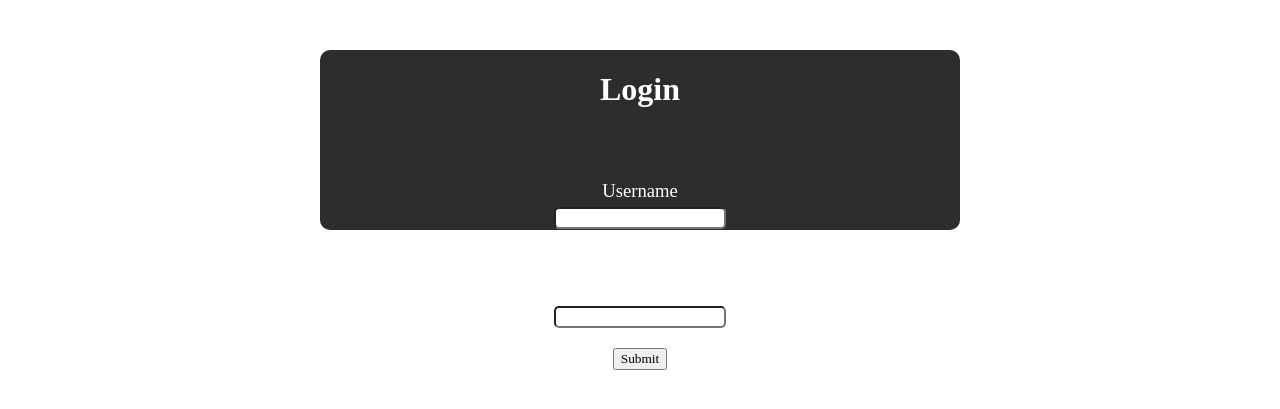
Repository: rdf004/playfab_blackjack
Page: /
An editor plug-in stored every save of this project. The page is shown before and after the next save, followed by the edit.
The browser window is 1280 px wide. The pictures show the whole page.
Some web fonts or font styles are not loaded; a fallback is used. The project was rebuilt for these pictures with package versions that can differ from the ones it lists, and the page was loaded fresh each time. Also part of the build but not shown: src/Components/App.js.

Above is the page before, as saved 2020-05-07 20:29:18.

After the next save:
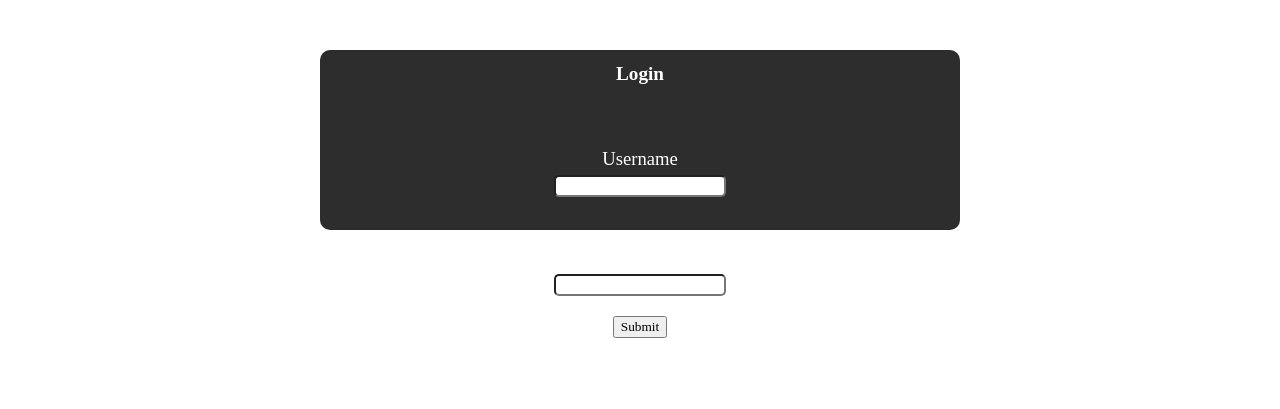
Saved 7 s later.
--- a/src/Style/style.css
+++ b/src/Style/style.css
@@ -43,6 +43,7 @@
 
 .login-title {
     color: white;
+    font-size: 1.2rem;
 }
 
 

After the 4 saves that followed:
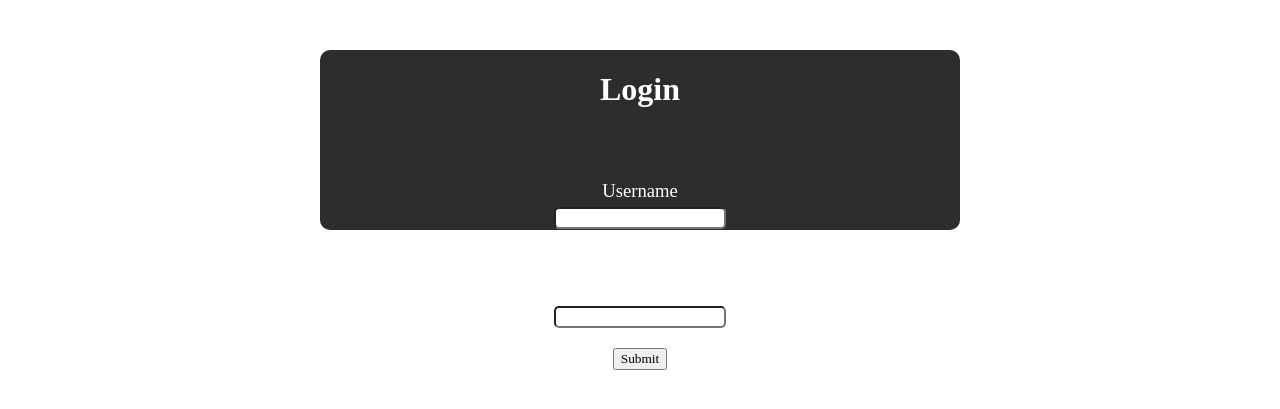
The 4 saves are shown as one change because they came seconds apart.
The last was saved 12 s later.
--- a/src/Style/style.css
+++ b/src/Style/style.css
@@ -43,7 +43,7 @@
 
 .login-title {
     color: white;
-    font-size: 1.2rem;
+    font-size: 2rem;
 }
 
 
